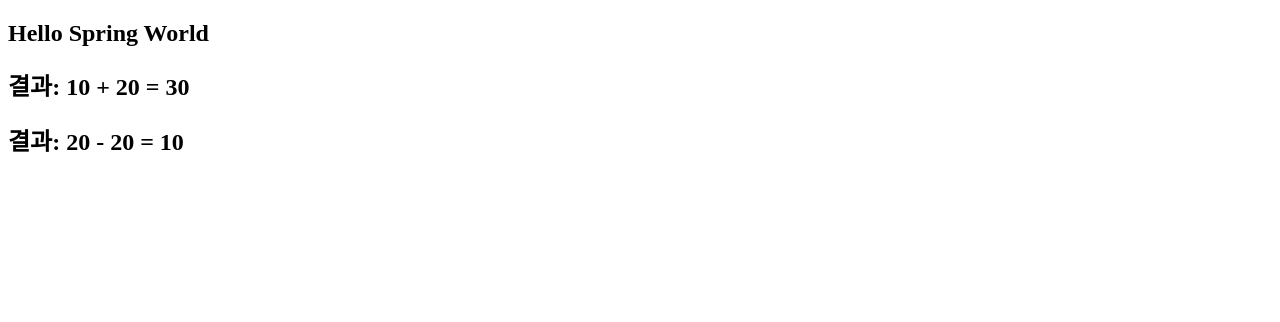
Repository: hocube/springstudy
Page: http://localhost/Spring_DI/
The author's editor kept a copy of each file at every save. The page is drawn from the files as they stood at one save, then again after the next save.
The browser window is 1280 px wide. The pictures show the whole page.
The page is served by Tomcat 9. Other server files are loaded and not shown.

Above is the page before, as saved 2023-07-25 08:42:43.

### Spring_DI/src/main/webapp/index.jsp
<%@page import="ex07_web_DI.MyCalc"%>
<%@page import="org.springframework.web.context.support.WebApplicationContextUtils"%>
<%@page import="org.springframework.web.context.WebApplicationContext"%>
<%@page import="ex06_web_DI.HelloImpl"%>
<%@page import="org.springframework.context.support.GenericXmlApplicationContext"%>
<%@page import="org.springframework.context.ApplicationContext"%>
<%@ page language="java" contentType="text/html; charset=UTF-8"
    pageEncoding="UTF-8"%>
<!DOCTYPE html>
<html>
<head>
<meta charset="UTF-8">
<title>Insert title here</title>
</head>
<body>
   <%--
      // 자바 main 에서 사용한 내용 그대로 코딩
    	ApplicationContext context =
        	 new GenericXmlApplicationContext("ex06_web_DI/config.xml");

    	HelloImpl hello = (HelloImpl)context.getBean("hello");
    	String msg =  hello.sayHello();
    	out.println("<h2>" + msg + "</h2>");
   --%>

   <%
   		// config.xml => 환경설정 파일,
   		// web에서는 /WEB-INF/spring/root-context.xml => application으로 정해져있다.

   		// ex06
   		WebApplicationContext context =
   			WebApplicationContextUtils.getWebApplicationContext(application);

   		HelloImpl hello = (HelloImpl)context.getBean("hello");
    	String msg =  hello.sayHello();
    	out.println("<h2>" + msg + "</h2>");


    	// ex07
    	// 플러스
    	MyCalc mc = (MyCalc)context.getBean("mycalc");
    	int result = mc.plus(10,20);
    	out.println("<h2> 결과: 10 + 20 = " + result + "</h2>");

    	// 마이너스
    	mc.minus(20, 10);
    	int result2 = mc.getResult();
    	out.println("<h2> 결과: 20 - 20 = " + result2 + "</h2>");

  	%>

</body>
</html>

After the next save:
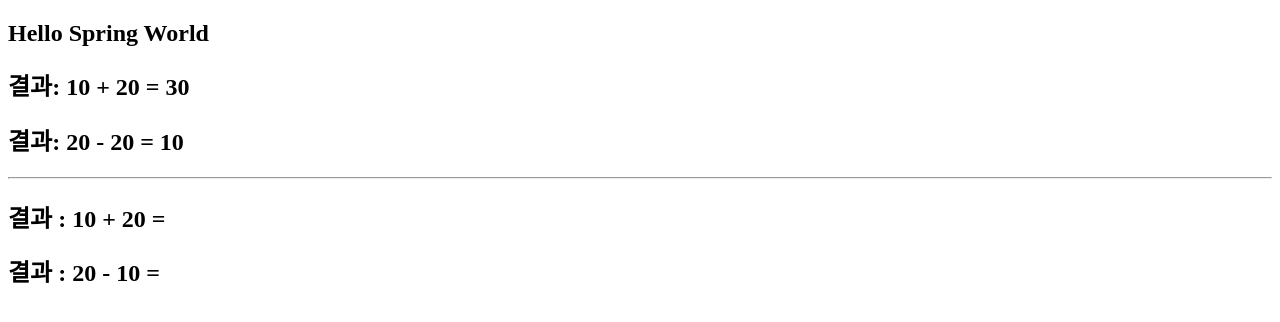
Saved 54 s later.
--- a/Spring_DI/src/main/webapp/index.jsp
+++ b/Spring_DI/src/main/webapp/index.jsp
@@ -49,5 +49,10 @@
 
   	%>
 
+  	<hr>
+
+  	<h2>결과 : 10 + 20 = ${result}</h2>
+  	<h2>결과 : 20 - 10 = ${result2}</h2>
+
 </body>
 </html>
